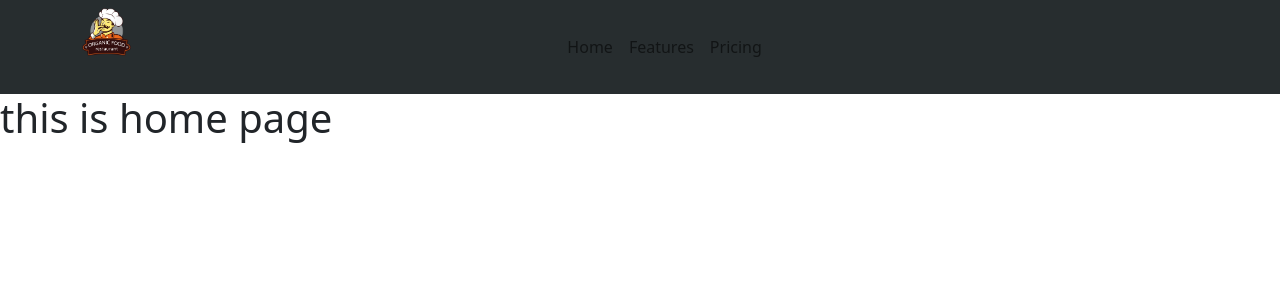
Repository: mdrubel02/organic-food-restaurnat
Page: /
The author's editor kept a copy of each file at every save. The page is drawn from the files as they stood at one save, then again after the next save.
The browser window is 1280 px wide. The pictures show the whole page.
The project was rebuilt for these pictures with package versions that can differ from the ones it lists, and the page was loaded fresh each time.

Above is the page before, as saved 2022-07-02 15:44:26.

### src/index.css
@import url('https://fonts.googleapis.com/css2?family=Poppins:wght@300;400;500;600&display=swap');

* {
    margin: 0;
    padding: 0;
    border: 0;
    outline: 0;
    box-sizing: border-box;
    list-style: none;
    text-decoration: none;
}

:root {
    --color-bg: #272D2F;
    --color-bg-variant: #ffec78;
    --color-primary: #eb671b;
    --color-primary-variant: #310e0e;

    --transition: all 400ms ease;
}

body {
    font-family: 'Poppins', sans-serif;
}

h1,
h2,
h3,
h4,
h5,
h6 {
    font-weight: 500;
}

a {
    color: var(--color-primary);
    transition: var(--transition);
}

a:hover {
    color: var(--color-white);
}

.button {
    text-align: center;
    width: max-content;
    display: inline-block;
    color: var(--color-primary);
    padding: 0.75rem 1.2rem;
    border-radius: 0.4rem;
    border: 1px solid var(--color-primary);
    transition: var(--transition);
}

.button:hover {
    background: var(--color-white);
    color: var(--color-bg);
    border-color: transparent;
}

.button-primary {
    background: var(--color-primary);
    color: var(--color-bg);
}

img {
    display: block;
    width: 100%;
    object-fit: cover;
}

### src/App.js
import { Route, Routes } from "react-router-dom";
import HeaderOne from "./Components/Header/HeaderOne.js";
import Home from "./Components/Home/Home";


function App() {
  return (
    <div>
      <HeaderOne />
      <Routes>
        <Route path="/" element={<Home />} />
      </Routes>
    </div>
  );
}

export default App;

### src/Components/Header/HeaderOne.js
import React from 'react';
import './HeaderOne.css'
import Container from 'react-bootstrap/Container';
import { Navbar, Nav } from 'react-bootstrap';
import logo from '../../Accets/restaurant logo.png'
import { Link } from 'react-router-dom';

const HeaderOne = () => {
    return (
        <Navbar className='one'>
            <Container>
                <Link to='/'>
                    <Navbar.Brand href="#home">
                        <img className='logo img' src={logo} alt="" />
                    </Navbar.Brand>
                </Link>
                <Nav className="mx-auto">
                    <Nav.Link href="#home">Home</Nav.Link>
                    <Nav.Link href="#features">Features</Nav.Link>
                    <Nav.Link href="#pricing">Pricing</Nav.Link>
                </Nav>
            </Container>
        </Navbar>
    );
};

export default HeaderOne;

### src/Components/Home/Home.js
import React from 'react';

const Home = () => {
    return (
        <div>
            <h1>this is home page</h1>
        </div>
    );
};

export default Home;

### src/Components/Header/HeaderOne.css
.one{
    background-color: var(--color-bg);
}
.logo{
    height: 3rem;
}

Loaded but not shown: public/index.html (common file); src/index.js (common file); src/reportWebVitals.js (common file)

After the next save:
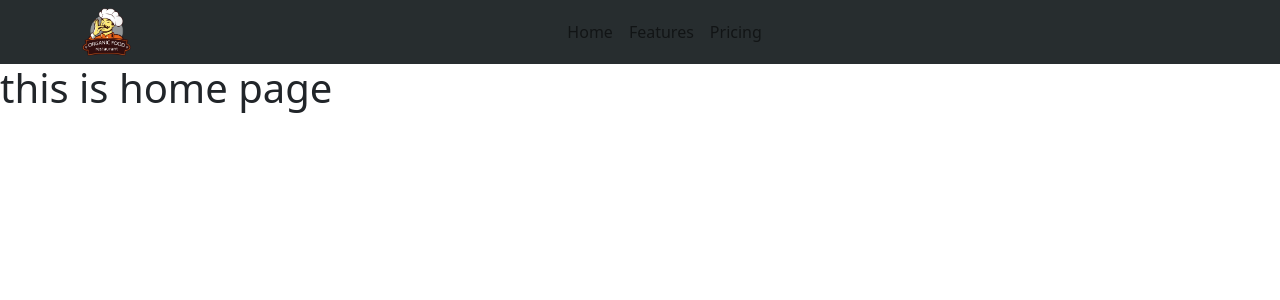
Saved 92 s later.
--- a/src/Components/Header/HeaderOne.js
+++ b/src/Components/Header/HeaderOne.js
@@ -10,9 +10,9 @@ const HeaderOne = () => {
         <Navbar className='one'>
             <Container>
                 <Link to='/'>
-                    <Navbar.Brand href="#home">
+
                         <img className='logo img' src={logo} alt="" />
-                    </Navbar.Brand>
+
                 </Link>
                 <Nav className="mx-auto">
                     <Nav.Link href="#home">Home</Nav.Link>
